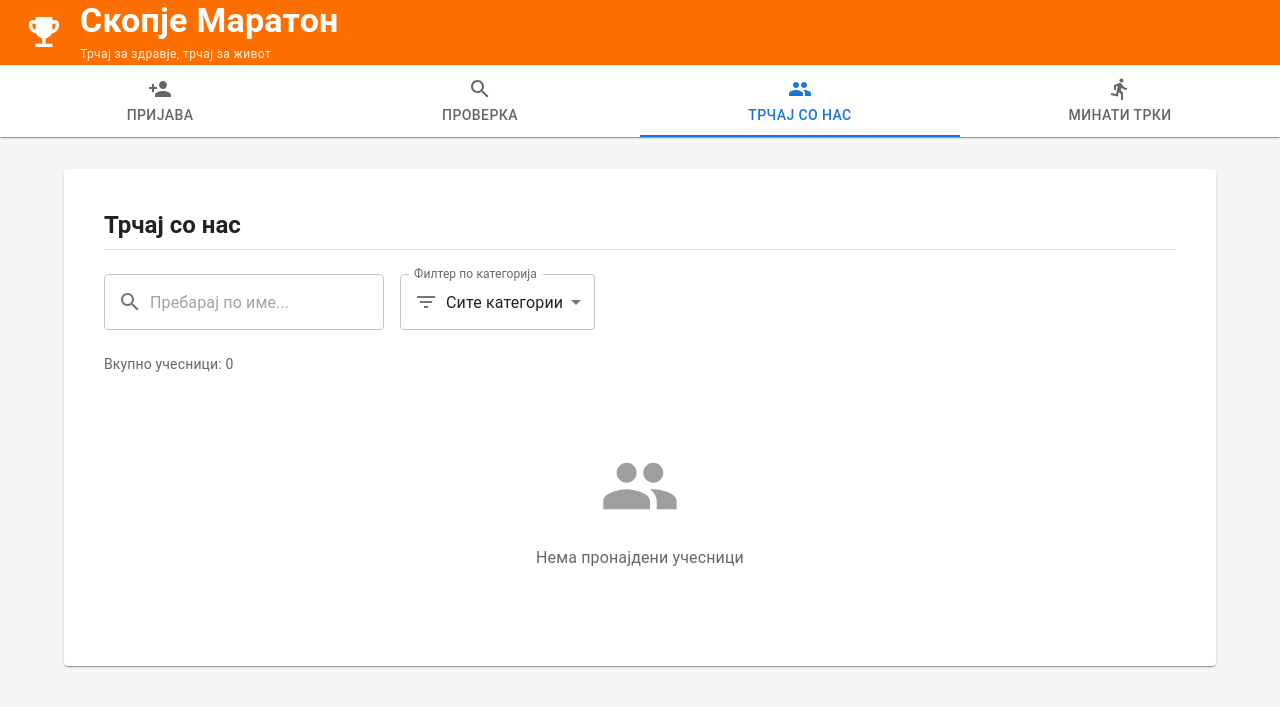
Repository: ilijana123/skopje_marathon_frontend
Page: /, after clicking the first element matching `div.MuiTabs-list > :nth-child(3)`
The author's editor kept a copy of each file at every save. The page is drawn from the files as they stood at one save, then again after a run of saves.
The browser window is 1280 px wide. The pictures show the whole page.
The page's requests for data from a server got no answer. The project was rebuilt for these pictures with package versions that can differ from the ones it lists, and the page was loaded fresh each time. No one was signed in, and anything a server would have sent is missing. Also part of the build but not shown: vite.config.ts, src/components/CheckStatusTab.tsx, src/components/RacesTab.tsx.

Above is the page before, as saved 2025-12-22 01:09:58.

### index.html
<!DOCTYPE html>
<html lang="en">
  <head>
    <meta charset="utf-8" />
    <meta name="viewport" content="width=device-width, initial-scale=1" />
    <meta name="theme-color" content="#000000" />
    <meta
      name="description"
      content="Web site created using create-react-app"
    />
    <title>React App</title>
  </head>
  <body>
    <noscript>You need to enable JavaScript to run this app.</noscript>
    <div id="root"></div>
    <script type="module" src="/src/index.tsx"></script>
  </body>
</html>

### src/App.tsx
import React, { useState } from 'react';
import { AppBar, Toolbar, Typography, Container, Paper, Box, Tabs, Tab } from '@mui/material';
import { PersonAdd, Search, People, DirectionsRun, EmojiEvents } from '@mui/icons-material';
import { useContestants } from './hooks/useContestants';
import { useRaces } from './hooks/useRaces';
import { RegisterTab } from './components/RegisterTab';
import { CheckStatusTab } from './components/CheckStatusTab';
import { ContestantsTab } from './components/ContestantsTab';
import { RacesTab } from './components/RacesTab';
import { CommentDialog } from './components/CommentDialog';
import { TABS } from './constants';

const App: React.FC = () => {
  const [activeTab, setActiveTab] = useState(0);

  const {
    contestants,
    formData,
    setFormData,
    formError,
    formSuccess,
    checkEmail,
    setCheckEmail,
    checkResult,
    handleRegister,
    handlePayment,
    handleCheck
  } = useContestants();

  const {
    races,
    commentDialog,
    newComment,
    setNewComment,
    openCommentDialog,
    closeCommentDialog,
    handleAddComment
  } = useRaces();

  return (
    <Box sx={{ flexGrow: 1, bgcolor: '#f5f5f5', minHeight: '100vh' }}>
      <AppBar position="static" sx={{ bgcolor: '#ff6f00' }}>
        <Toolbar>
          <EmojiEvents sx={{ mr: 2, fontSize: 40 }} />
          <Box>
            <Typography variant="h4" component="div" sx={{ fontWeight: 'bold' }}>
              Скопје Маратон
            </Typography>
            <Typography variant="caption" sx={{ opacity: 0.9 }}>
              Трчај за здравје, трчај за живот
            </Typography>
          </Box>
        </Toolbar>
      </AppBar>

      <Paper sx={{ borderRadius: 0 }}>
        <Tabs
          value={activeTab}
          onChange={(e, v) => setActiveTab(v)}
          variant="fullWidth"
          textColor="primary"
          indicatorColor="primary"
        >
          <Tab icon={<PersonAdd />} label="Пријава" />
          <Tab icon={<Search />} label="Проверка" />
          <Tab icon={<People />} label="Трчај со нас" />
          <Tab icon={<DirectionsRun />} label="Минати трки" />
        </Tabs>
      </Paper>

      <Container maxWidth="lg" sx={{ mt: 4, mb: 4 }}>
        {activeTab === TABS.REGISTER && (
          <RegisterTab
            formData={formData}
            setFormData={setFormData}
            formError={formError}
            formSuccess={formSuccess}
            onRegister={handleRegister}
          />
        )}

        {activeTab === TABS.CHECK && (
          <CheckStatusTab
            checkEmail={checkEmail}
            setCheckEmail={setCheckEmail}
            checkResult={checkResult}
            onCheck={handleCheck}
            onPayment={handlePayment}
          />
        )}

        {activeTab === TABS.CONTESTANTS && (
          <ContestantsTab contestants={contestants} />
        )}

        {activeTab === TABS.RACES && (
          <RacesTab
            races={races}
            onOpenCommentDialog={openCommentDialog}
          />
        )}
      </Container>

      <CommentDialog
        open={commentDialog}
        comment={newComment}
        onCommentChange={setNewComment}
        onClose={closeCommentDialog}
        onSubmit={handleAddComment}
      />
    </Box>
  );
};

export default App;

### src/hooks/useContestants.tsx
import { useState } from 'react';
import { Contestant, FormData } from '../types';
import {
  validateRegistrationForm,
  generateRegistrationNumber,
  generateStartNumber,
  simulatePayment
} from '../utils/validation';
import { MESSAGES } from '../constants';

const INITIAL_FORM_DATA: FormData = {
  firstName: '',
  lastName: '',
  email: '',
  age: '',
  category: '5km'
};

export const useContestants = () => {
  const [contestants, setContestants] = useState<Contestant[]>([]);
  const [formData, setFormData] = useState<FormData>(INITIAL_FORM_DATA);
  const [formError, setFormError] = useState('');
  const [formSuccess, setFormSuccess] = useState('');
  const [checkEmail, setCheckEmail] = useState('');
  const [checkResult, setCheckResult] = useState<Contestant | null>(null);

  const handleRegister = () => {
    setFormError('');
    setFormSuccess('');

    const error = validateRegistrationForm(formData, contestants);
    if (error) {
      setFormError(error);
      return;
    }

    const registrationNumber = generateRegistrationNumber();
    const newContestant: Contestant = {
      ...formData,
      age: parseInt(formData.age),
      registrationNumber,
      isPaid: false
    };

    setContestants([...contestants, newContestant]);
    setFormSuccess(MESSAGES.SUCCESS_REGISTRATION(registrationNumber));
    setFormData(INITIAL_FORM_DATA);
  };

  const handlePayment = (email: string) => {
    const isSuccess = simulatePayment();

    setContestants(contestants.map(p => {
      if (p.email === email && !p.isPaid && isSuccess) {
        return { ...p, isPaid: true, startNumber: generateStartNumber() };
      }
      return p;
    }));

    if (isSuccess) {
      alert(MESSAGES.SUCCESS_PAYMENT);
      setCheckResult(null);
      setCheckEmail('');
    } else {
      alert(MESSAGES.ERROR_PAYMENT);
    }
  };

  const handleCheck = () => {
    const contestant = contestants.find(p =>
      p.email === checkEmail || p.registrationNumber === checkEmail
    );
    setCheckResult(contestant || null);
  };

  return {
    contestants,
    formData,
    setFormData,
    formError,
    formSuccess,
    checkEmail,
    setCheckEmail,
    checkResult,
    handleRegister,
    handlePayment,
    handleCheck
  };
};

### src/hooks/useRaces.tsx
import { useState } from 'react';
import { Race, Comment, CommentFormData } from '../types';

const INITIAL_RACES: Race[] = [
  {
    id: 1,
    name: 'Скопје Маратон 2024',
    date: '2024-05-15',
    participants: 1250,
    rating: 4.5,
    comments: []
  },
  {
    id: 2,
    name: 'Скопје Полумаратон 2023',
    date: '2023-10-20',
    participants: 890,
    rating: 4.7,
    comments: []
  }
];

const INITIAL_COMMENT: CommentFormData = {
  rating: 5,
  text: ''
};

export const useRaces = () => {
  const [races, setRaces] = useState<Race[]>(INITIAL_RACES);
  const [commentDialog, setCommentDialog] = useState(false);
  const [selectedRaceId, setSelectedRaceId] = useState<number | null>(null);
  const [newComment, setNewComment] = useState<CommentFormData>(INITIAL_COMMENT);

  const openCommentDialog = (raceId: number) => {
    setSelectedRaceId(raceId);
    setCommentDialog(true);
  };

  const closeCommentDialog = () => {
    setCommentDialog(false);
    setSelectedRaceId(null);
    setNewComment(INITIAL_COMMENT);
  };

  const handleAddComment = () => {
    if (!newComment.text.trim() || !selectedRaceId) return;

    setRaces(races.map(race => {
      if (race.id === selectedRaceId) {
        const comment: Comment = {
          id: Date.now(),
          user: 'Корисник',
          rating: newComment.rating,
          text: newComment.text,
          date: new Date().toLocaleDateString('mk-MK')
        };
        const newComments = [...(race.comments || []), comment];
        return {
          ...race,
          comments: newComments,
          rating: newComments.reduce((acc, c) => acc + c.rating, 0) / newComments.length
        };
      }
      return race;
    }));

    closeCommentDialog();
  };

  return {
    races,
    commentDialog,
    selectedRaceId,
    newComment,
    setNewComment,
    openCommentDialog,
    closeCommentDialog,
    handleAddComment
  };
};

### src/components/RegisterTab.tsx
import React from 'react';
import {
  Card, CardContent, Grid, TextField, Button, Alert,
  Typography, Divider, InputAdornment, FormControl,
  InputLabel, Select, MenuItem
} from '@mui/material';
import { Email, Cake, Error, CheckCircle } from '@mui/icons-material';
import { FormData } from '../types';
import { CATEGORIES } from '../constants';

interface RegisterTabProps {
  formData: FormData;
  setFormData: (data: FormData) => void;
  formError: string;
  formSuccess: string;
  onRegister: () => void;
}

export const RegisterTab = ({
  formData,
  setFormData,
  formError,
  formSuccess,
  onRegister
} : RegisterTabProps) => {
  return (
    <Grid container justifyContent="center">
      <Grid>
        <Card>
          <CardContent sx={{ p: 4 }}>
            <Typography variant="h5" gutterBottom fontWeight="bold">
              Пријава на учесник
            </Typography>
            <Divider sx={{ mb: 3 }} />

            <Grid container spacing={3}>
              <Grid>
                <TextField
                  fullWidth
                  label="Име"
                  value={formData.firstName}
                  onChange={(e) => setFormData({...formData, firstName: e.target.value})}
                  variant="outlined"
                />
              </Grid>
              <Grid>
                <TextField
                  fullWidth
                  label="Презиме"
                  value={formData.lastName}
                  onChange={(e) => setFormData({...formData, lastName: e.target.value})}
                  variant="outlined"
                />
              </Grid>
              <Grid>
                <TextField
                  fullWidth
                  label="Е-пошта"
                  type="email"
                  value={formData.email}
                  onChange={(e) => setFormData({...formData, email: e.target.value})}
                  variant="outlined"
                  InputProps={{
                    startAdornment: (
                      <InputAdornment position="start">
                        <Email />
                      </InputAdornment>
                    ),
                  }}
                />
              </Grid>
              <Grid>
                <TextField
                  fullWidth
                  label="Возраст"
                  type="number"
                  value={formData.age}
                  onChange={(e) => setFormData({...formData, age: e.target.value})}
                  variant="outlined"
                  InputProps={{
                    startAdornment: (
                      <InputAdornment position="start">
                        <Cake />
                      </InputAdornment>
                    ),
                    inputProps: { min: 16 }
                  }}
                />
              </Grid>
              <Grid>
                <FormControl fullWidth>
                  <InputLabel>Категорија</InputLabel>
                  <Select
                    value={formData.category}
                    label="Категорија"
                    onChange={(e) => setFormData({...formData, category: e.target.value})}
                  >
                    {CATEGORIES.map((cat: string) => (
                      <MenuItem key={cat} value={cat}>{cat}</MenuItem>
                    ))}
                  </Select>
                </FormControl>
              </Grid>

              {formError && (
                <Grid>
                  <Alert severity="error" icon={<Error />}>
                    {formError}
                  </Alert>
                </Grid>
              )}

              {formSuccess && (
                <Grid>
                  <Alert severity="success" icon={<CheckCircle />}>
                    {formSuccess}
                  </Alert>
                </Grid>
              )}

              <Grid>
                <Button
                  fullWidth
                  variant="contained"
                  size="large"
                  onClick={onRegister}
                  sx={{ bgcolor: '#ff6f00', '&:hover': { bgcolor: '#f57c00' } }}
                >
                  Пријави се
                </Button>
              </Grid>
            </Grid>
          </CardContent>
        </Card>
      </Grid>
    </Grid>
  );
};

### src/components/ContestantsTab.tsx
import React, { useState, useEffect } from 'react';
import {
  Card, CardContent, Grid, TextField, Typography, Divider,
  InputAdornment, FormControl, InputLabel, Select, MenuItem,
  List, ListItem, ListItemAvatar, ListItemText, Avatar,
  Paper, Box, Chip, CircularProgress
} from '@mui/material';
import { Search, FilterList, People } from '@mui/icons-material';
import { Contestant, Category } from '../types';
import {
  fetchContestantsWithErrorHandling,
  fetchContestantsByCategory,
  fetchContestantsByName
} from '../services/contestantService';
import {
  fetchCategoriesWithErrorHandling
} from '../services/categoryService';
import {
  RootCard,
  FiltersBox,
  ContestantPaper,
  EmptyState
} from './ContestantTab.styles';

interface ContestantsTabProps {
  contestants?: Contestant[];
}

export const ContestantsTab = ({} :ContestantsTabProps) => {
  const [filteredContestants, setFilteredContestants] = useState<Contestant[]>([]);
  const [categories, setCategories] = useState<Category[]>([]);
  const [searchTerm, setSearchTerm] = useState('');
  const [filterCategory, setFilterCategory] = useState('all');
  const [loading, setLoading] = useState(false);

  useEffect(() => {
    const fetchCategories = async () => {
      setLoading(true);
      try {
        const data = await fetchCategoriesWithErrorHandling();
        setCategories(data || []);
      } catch (error) {
        console.error("Fetch categories error:", error);
        setCategories([]);
      } finally {
        setLoading(false);
          }
  };
    fetchCategories();
  }, []);

  useEffect(() => {
  const fetchData = async () => {
    setLoading(true);
    try {
      let data: any = [];

      if (searchTerm) {
        data = await fetchContestantsByName(searchTerm);
      } else if (filterCategory !== 'all') {
        data = await fetchContestantsByCategory(filterCategory);
      } else {
        data = await fetchContestantsWithErrorHandling();
      }

      const contestantsArray = Array.isArray(data) ? data : (data?.contestants || []);

      setFilteredContestants(contestantsArray);

      console.log('Fetched contestants:', contestantsArray);
    } catch (error) {
      console.error("Fetch error:", error);
      setFilteredContestants([]);
    } finally {
      setLoading(false);
    }
  };

  const delayDebounce = setTimeout(() => {
    fetchData();
  }, 300);

  return () => clearTimeout(delayDebounce);
}, [searchTerm, filterCategory]);

  return (
    <RootCard>
      <CardContent sx={{ p: 3 }}>
        <Typography variant="h5" gutterBottom fontWeight="bold">
          Трчај со нас
        </Typography>
        <Divider sx={{ mb: 3 }} />

        <Grid container spacing={2} mb={3}>
          <Grid>
            <TextField
              fullWidth
              placeholder="Пребарај по име..."
              value={searchTerm}
              onChange={(e) => setSearchTerm(e.target.value)}
              InputProps={{
                startAdornment: (
                  <InputAdornment position="start">
                    <Search />
                  </InputAdornment>
                ),
              }}
            />
          </Grid>
          <Grid>
            <FormControl fullWidth>
              <InputLabel>Филтер по категорија</InputLabel>
              <Select
                value={filterCategory}
                label="Филтер по категорија"
                onChange={(e) => setFilterCategory(e.target.value)}
                startAdornment={
                  <InputAdornment position="start">
                    <FilterList />
                  </InputAdornment>
                }
              >
                <MenuItem value="all">Сите категории</MenuItem>
                {categories.map(cat => (
                  <MenuItem key={cat.type} value={cat.type}>{cat.type}</MenuItem>
                ))}
              </Select>
            </FormControl>
          </Grid>
        </Grid>

        <Typography variant="body2" color="text.secondary" mb={2}>
          Вкупно учесници: {filteredContestants.length}
        </Typography>

        {loading ? (
          <Box display="flex" justifyContent="center" py={4}>
            <CircularProgress />
          </Box>
        ) : (
          <List>
            {filteredContestants.map((runner: Contestant, idx: number) => (
              <Paper key={idx} sx={{ mb: 1 }}>
                <ListItem>
                  <ListItemText
                    primary={
                      <Typography variant="h6">
                        {runner.firstName} {runner.lastName}
                      </Typography>
                    }
                    secondary={
                      <Box>
                        <Chip label={runner.distance} size="small" color="primary" sx={{ mr: 1 }} />
                        <Chip label={`${runner.age} год.`} size="small" />
                      </Box>
                    }
                  />
                </ListItem>
              </Paper>
            ))}

            {filteredContestants.length === 0 && (
              <EmptyState>
                <People sx={{ fontSize: 80, color: 'text.disabled', mb: 2 }} />
                <Typography color="text.secondary">
                  Нема пронајдени учесници
                </Typography>
              </EmptyState>
            )}
          </List>
        )}
      </CardContent>
    </RootCard>
  );
};

### src/components/CommentDialog.tsx
import React from 'react';
import {
  Dialog, DialogTitle, DialogContent, DialogActions,
  Button, TextField, Typography, Box, Stack, Rating
} from '@mui/material';
import { CommentFormData } from '../types';

interface CommentDialogProps {
  open: boolean;
  comment: CommentFormData;
  onCommentChange: (comment: CommentFormData) => void;
  onClose: () => void;
  onSubmit: () => void;
}

export const CommentDialog = ({
  open,
  comment,
  onCommentChange,
  onClose,
  onSubmit
}: CommentDialogProps) => {
  return (
    <Dialog open={open} onClose={onClose} maxWidth="sm" fullWidth>
      <DialogTitle>Остави коментар</DialogTitle>
      <DialogContent>
        <Stack spacing={3} sx={{ mt: 1 }}>
          <Box>
            <Typography variant="body2" mb={1}>Оцена</Typography>
            <Rating
              value={comment.rating}
              onChange={(e, value) => onCommentChange({ ...comment, rating: value || 5 })}
              size="large"
            />
          </Box>
          <TextField
            fullWidth
            multiline
            rows={4}
            label="Коментар"
            value={comment.text}
            onChange={(e) => onCommentChange({ ...comment, text: e.target.value })}
            placeholder="Напишете ваше мислење..."
          />
        </Stack>
      </DialogContent>
      <DialogActions>
        <Button onClick={onClose}>Откажи</Button>
        <Button onClick={onSubmit} variant="contained" color="primary">
          Објави
        </Button>
      </DialogActions>
    </Dialog>
  );
};

### src/constants/index.tsx
export const CATEGORIES = ['5km', '10km', 'Полумаратон', 'Маратон'] as const;

export const MIN_AGE = 16;

export const PAYMENT_SUCCESS_RATE = 0.8;

export const TABS = {
  REGISTER: 0,
  CHECK: 1,
  CONTESTANTS: 2,
  RACES: 3,
} as const;

export const MESSAGES = {
  SUCCESS_REGISTRATION: (regNumber: string) =>
    `Успешна пријава! Ваш регистрациски број: ${regNumber}`,
  ERROR_AGE: 'Возраста мора да биде најмалку 16 години',
  ERROR_EMAIL_EXISTS: 'Е-поштата веќе е регистрирана',
  ERROR_REQUIRED_FIELDS: 'Ве молиме пополнете ги сите полиња',
  SUCCESS_PAYMENT: 'Плаќањето е успешно! Ваш стартен број е генериран.',
  ERROR_PAYMENT: 'Плаќањето не успеа. Ве молиме обидете се повторно.',
  NO_PARTICIPANT_FOUND: 'Учесникот не е пронајден',
} as const;

### src/utils/validation.tsx
import { FormData, Contestant } from '../types';
import { MIN_AGE, MESSAGES } from '../constants';

export const validateRegistrationForm = (
  formData: FormData,
  contestants: Contestant[]
): string | null => {
  if (!formData.firstName || !formData.lastName || !formData.email || !formData.age) {
    return MESSAGES.ERROR_REQUIRED_FIELDS;
  }

  if (parseInt(formData.age) < MIN_AGE) {
    return MESSAGES.ERROR_AGE;
  }

  if (contestants.some(p => p.email === formData.email)) {
    return MESSAGES.ERROR_EMAIL_EXISTS;
  }

  return null;
};

export const generateRegistrationNumber = (): string => {
  return `REG${Date.now().toString().slice(-6)}`;
};

export const generateStartNumber = (): string => {
  return `START${Math.floor(1000 + Math.random() * 9000)}`;
};

export const simulatePayment = (): boolean => {
  return Math.random() > 0.2;
};

### src/services/contestantService.tsx
import { apiRequest } from "../api/apiRequest";
import { Contestant, ContestantListResponse } from "../types";

export const fetchContestantsWithErrorHandling = async (): Promise<Contestant[] | null> => {
  try {
    const data = await apiRequest<Contestant[]>('/contestants', 'GET');
    return data;
  } catch (error) {
    console.error('Failed to fetch users:', error);
    return null;
  }
};

export const fetchContestantsByCategory = async (category: string): Promise<Contestant[]> => {
  try {
    return await apiRequest<Contestant[]>(`/contestants/filter?category=${category}`, 'GET');
  } catch (error) {
    return [];
  }
};


export const fetchContestantsByName = async (name: string): Promise<Contestant[]> => {
  try {
    return await apiRequest<Contestant[]>(`/contestants/search?name=${name}`, 'GET');
  } catch (error) {
    return [];
  }
};

### src/services/categoryService.tsx
import { apiRequest } from "../api/apiRequest";
import { Category } from "../types";

export const fetchCategoriesWithErrorHandling = async (): Promise<Category[] | null> => {
  try {
    const data = await apiRequest<Category[]>('/categories', 'GET');
    return data;
  } catch (error) {
    console.error('Failed to fetch categories:', error);
    return null;
  }
};

### src/components/ContestantTab.styles.ts
import { styled } from '@mui/material/styles';
import { Card, Paper, Box } from '@mui/material';

export const RootCard = styled(Card)(({ theme }) => ({
  padding: theme.spacing(2),
}));

export const FiltersBox = styled(Box)(({ theme }) => ({
  marginBottom: theme.spacing(2),
}));

export const ContestantPaper = styled(Paper)(({ theme }) => ({
  marginBottom: theme.spacing(1),
}));

export const EmptyState = styled(Box)(({ theme }) => ({
  textAlign: 'center',
  padding: theme.spacing(6),
}));

### src/api/apiRequest.tsx
import axios, { AxiosResponse} from 'axios';

const BASE_URL = import.meta.env.VITE_API_URL;

const apiClient = axios.create({
    baseURL: BASE_URL,
    withCredentials: true,
    headers: {
        'Content-Type': 'application/json',
    },
});


export const apiRequest = async <T,>(url: string, method: 'GET' | 'POST' | 'PUT' | 'DELETE', data?: any): Promise<T> => {
    const response: AxiosResponse<T> = await apiClient({
        method,
        url,
        data,
    });
    return response.data;
};

Loaded but not shown: src/index.tsx (common file); src/index.css (common file); src/reportWebVitals.ts (common file)

After the next 2 saves:
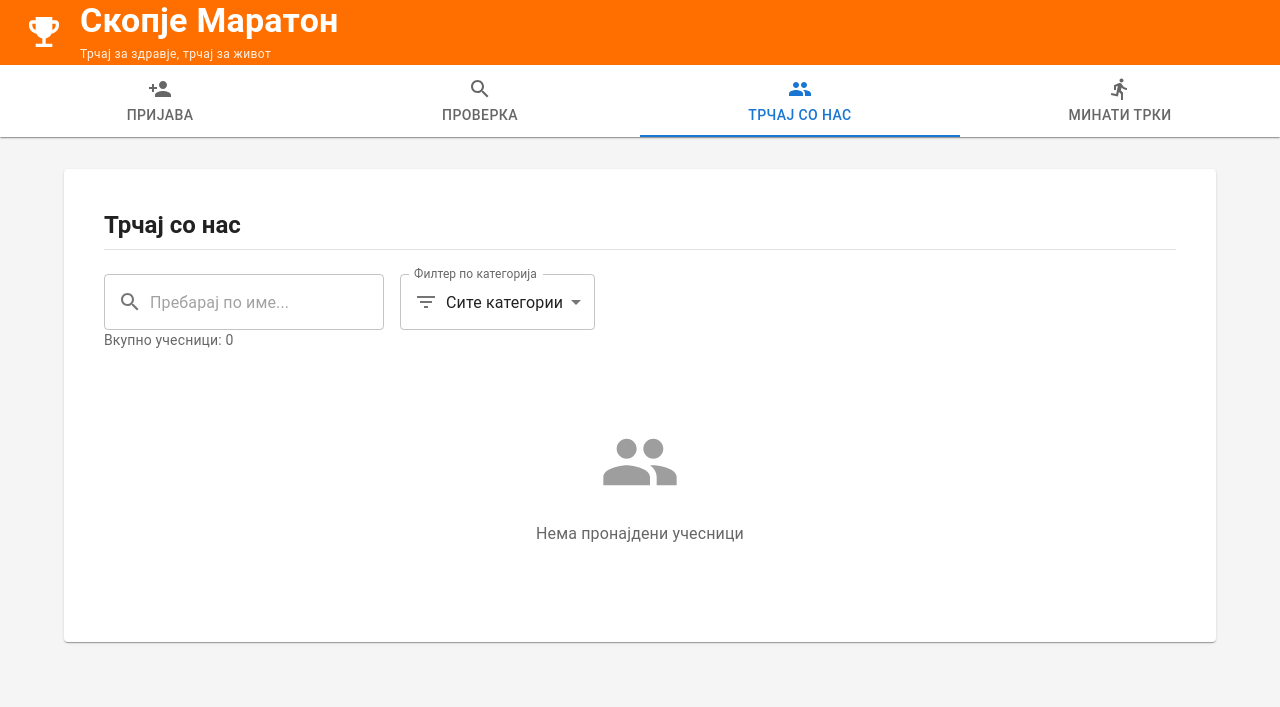
The 2 saves are shown as one change because they came seconds apart.
The last was saved 12 min 19 s later.
--- a/src/components/ContestantsTab.tsx
+++ b/src/components/ContestantsTab.tsx
@@ -91,7 +91,10 @@
         </Typography>
         <Divider sx={{ mb: 3 }} />
 
-        <Grid container spacing={2} mb={3}>
+        <FiltersBox>
+
+        </FiltersBox>
+        <Grid container spacing={2}>
           <Grid>
             <TextField
               fullWidth
